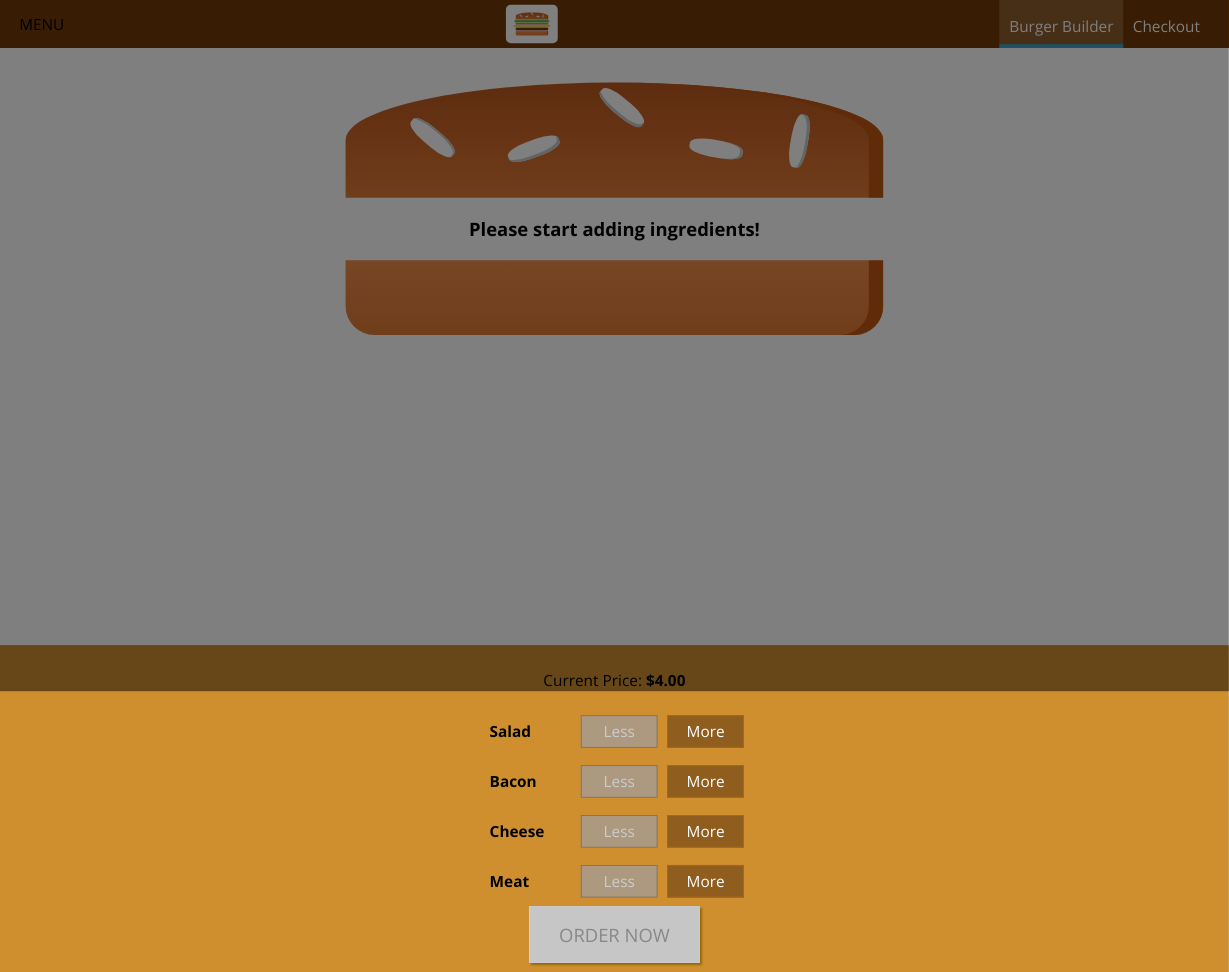
Repository: AbdulMutaal/Burger-Builder
Page: /
An editor plug-in stored every save of this project. The page is shown before and after the next save, followed by the edit.
The browser window is 1280 px wide. The pictures show the whole page, at 96% of full size.
The project was rebuilt for these pictures with package versions that can differ from the ones it lists, and the page was loaded fresh each time.

Above is the page before, as saved 2021-12-08 16:28:27.

### src/index.css
body {
  margin: 0;
  font-family: "Open Sans", sans-serif;
}

### src/App.js
import Layout from './components/Layout/Layout';
import BurgerBuilder from './containers/BurgerBuilder/BurgerBuilder';

function App() {
  return (
    <div>
      <Layout>
        <BurgerBuilder />
      </Layout>
    </div>
  );
}

export default App;

### src/components/Layout/Layout.js
import React, { Component } from 'react';

import Auxiliary from '../../hoc/Auxiliary';
import classes from './Layout.module.css';
import Toolbar from '../Navigation/Toolbar/Toolbar';
import SideDrawer from '../Navigation/SideDrawer/SideDrawer';

const layout = ( props ) => (
    <Auxiliary>
        <Toolbar />
        <SideDrawer />
        <main className={classes.Content}>
            {props.children}
        </main>
    </Auxiliary>
);

export default layout;

### src/containers/BurgerBuilder/BurgerBuilder.js
import React, { Component } from 'react';

import Auxiliary from '../../hoc/Auxiliary';
import Burger from '../../components/Burger/Burger';
import BuildControls from '../../components/Burger/BuildControls/BuildControls';
import Modal from '../../components/UI/Modal/Modal';
import OrderSummary from '../../components/Burger/OrderSummary/OrderSummary';

const INGREDIENT_PRICES = {
    salad: 0.5,
    cheese: 0.4,
    meat: 1.3,
    bacon: 0.7
};

class BurgerBuilder extends Component {
    state = {
        ingredients: {
            salad: 0,
            bacon: 0,
            cheese: 0,
            meat: 0
        },
        totalPrice: 4,
        purchasable: false,
        purchasing: false
    }

    updatePurchaseState (ingredients) {
        const sum = Object.keys(ingredients)
            .map(igKey => {
                return ingredients[igKey];
            })
            .reduce((sum, el) => {
                return sum + el;
            }, 0);
        this.setState({purchasable: sum > 0});
    }

    addIngredientHandler = (type) => {
        const oldCount = this.state.ingredients[type];
        const updatedCount = oldCount + 1;
        const updateIngredients = {
            ...this.state.ingredients
        };
        updateIngredients[type] = updatedCount;

        const priceAddition = INGREDIENT_PRICES[type];
        const oldPrice = this.state.totalPrice;
        const newPrice = oldPrice + priceAddition;
        this.setState({totalPrice: newPrice, ingredients: updateIngredients});
        this.updatePurchaseState(updateIngredients);
    }

    removeIngredientHandler = (type) => {
        const oldCount = this.state.ingredients[type];

        if (oldCount <= 0) {
            return;
        }

        const updatedCount = oldCount - 1;
        const updateIngredients = {
            ...this.state.ingredients
        };
        updateIngredients[type] = updatedCount;

        const priceDeduction = INGREDIENT_PRICES[type];
        const oldPrice = this.state.totalPrice;
        const newPrice = oldPrice - priceDeduction;
        this.setState({totalPrice: newPrice, ingredients: updateIngredients});
        this.updatePurchaseState(updateIngredients);
    }

    purchaseHandler = () => {
        this.setState({purchasing: true});
    }

    purchaseCancelHandler = () => {
        this.setState({purchasing: false});
    }

    purchaseContinueHandler = () => {
        alert('You continue');
    }

    render () {
        const disabledInfo = {
            ...this.state.ingredients
        };

        for (let key in disabledInfo) {
            disabledInfo[key] = disabledInfo[key] <= 0
        }

        return (
            <Auxiliary>
                <Modal show={this.state.purchasing} modalClosed={this.purchaseCancelHandler}>
                    <OrderSummary
                        ingredients={this.state.ingredients}
                        price={this.state.totalPrice}
                        purchaseCancelled={this.purchaseCancelHandler}
                        purchaseContinue={this.purchaseContinueHandler} />
                </Modal>
                <Burger ingredients={this.state.ingredients} />
                <BuildControls
                    ingredientAdded={this.addIngredientHandler}
                    ingredientRemoved={this.removeIngredientHandler}
                    disabled={disabledInfo}
                    ordered={this.purchaseHandler}
                    purchasable={this.state.purchasable}
                    price={this.state.totalPrice} />
            </Auxiliary>
        );
    }
}

export default BurgerBuilder;

### src/components/Navigation/Toolbar/Toolbar.js
import React from 'react';

import classes from './Toolbar.module.css';
import Logo from '../../Logo/Logo';
import NavigationItems from '../NavigationItems/NavigationItems';

const toolbar = (props) => (
    <header className={classes.Toolbar}>
        <div>MENU</div>
        <div className={classes.Logo}>
            <Logo />
        </div>
        <nav>
            <NavigationItems />
        </nav>
    </header>
);

export default toolbar;

### src/components/Navigation/SideDrawer/SideDrawer.js
import React from 'react';

import Logo from '../../Logo/Logo';
import NavigationItems from '../NavigationItems/NavigationItems';
import classes from './SideDrawer.module.css';
import Backdrop from '../../UI/Backdrop/Backdrop';
import Auxiliary from '../../../hoc/Auxiliary';

const sideDrawer = (props) => {
    return (
        <Auxiliary>
            <Backdrop show />
            <div className={classes.SideDrawer}>
                <div className={classes.Logo}>
                    <Logo />
                </div>
                <nav>
                    <NavigationItems />
                </nav>
            </div>
        </Auxiliary>
    );
}

export default sideDrawer;

### src/components/Burger/Burger.js
import React from 'react';

import classes from './Burger.module.css';
import BurgerIngredient from './BurgerIngredient/BurgerIngredient';

const burger = (props) => {
    let transformedIngredients = Object.keys(props.ingredients)
        .map(igKey => {
            return [...Array(props.ingredients[igKey])].map((_, i) => {
                return <BurgerIngredient key={igKey + i} type={igKey} />;
            });
        })
        .reduce((arr, el) => {
            return arr.concat(el)
        }, []);
    console.log(transformedIngredients);

    if (transformedIngredients.length === 0) {
        transformedIngredients = <p>Please start adding ingredients!</p>;
    }

    return (
        <div className={classes.Burger}>
            <BurgerIngredient type="bread-top" />
                { transformedIngredients }
            <BurgerIngredient type="bread-bottom" />
        </div>
    );
};

export default burger;

### src/components/Burger/BuildControls/BuildControls.js
import React from 'react';

import classes from './BuildControls.module.css';
import BuildControl from './BuildControl/BuildControl';

const controls = [
    { label: 'Salad', type: 'salad'},
    { label: 'Bacon', type: 'bacon'},
    { label: 'Cheese', type: 'cheese'},
    { label: 'Meat', type: 'meat'}
];

const buildControls = (props) => (
    <div className={classes.BuildControls}>
        <p>Current Price: <strong>${props.price.toFixed(2)}</strong></p>
        {controls.map(ctrl => (
            <BuildControl
                key={ctrl.label}
                label={ctrl.label}
                added={() => props.ingredientAdded(ctrl.type)}
                removed={() => props.ingredientRemoved(ctrl.type)}
                disabled={props.disabled[ctrl.type]} />
        ))}
        <button
            className={classes.OrderButton}
                disabled={!props.purchasable}
                onClick={props.ordered}>ORDER NOW</button>
    </div>
);

export default buildControls;

### src/components/UI/Modal/Modal.js
import React from 'react';

import classes from './Modal.module.css';
import Auxiliary from '../../../hoc/Auxiliary';
import Backdrop from '../Backdrop/Backdrop';

const modal = (props) => (
    <Auxiliary>
        <Backdrop show={props.show} clicked={props.modalClosed} />
        <div
            className={classes.Modal}
            style={{
                transform: props.show ? 'translateY(0)' : 'translateY(-100vh)',
                opacity: props.show ? '1' : '0'
            }}>
            {props.children}
        </div>
    </Auxiliary>
);

export default modal;

### src/components/Burger/OrderSummary/OrderSummary.js
import React from 'react';

import Auxiliary from '../../../hoc/Auxiliary';
import Button from '../../UI/Button/Button';

const orderSummary = (props) => {
    const ingredientSummary = Object.keys(props.ingredients).map((igKey) => {
        return (
            <li key={igKey}>
                <span style={{textTransform: 'capitalize'}}>{igKey}</span>: {props.ingredients[igKey]}
            </li>);

        });
    return (
        <Auxiliary>
            <h3>Your Order</h3>
            <p>A delicious burger with the following ingredients:</p>
            <ul>
                {ingredientSummary}
            </ul>
            <p><strong>Total Price: ${props.price.toFixed(2)}</strong></p>
            <p>Continue to checkout</p>
            <Button btnType="Danger" clicked={props.purchaseCancelled}>CANCEL</Button>
            <Button btnType="Success" clicked={props.purchaseContinue}>CONTINUE</Button>
        </Auxiliary>
    );
};

export default orderSummary;

### src/components/Navigation/Toolbar/Toolbar.module.css
.Toolbar {
    height: 50px;
    width: 100%;
    position: fixed;
    top: 0;
    left: 0;
    background-color: #703b09;
    display: flex;
    justify-content: space-between;
    align-items: center;
    padding: 0 20px;
    box-sizing: border-box;
    z-index: 90;
}

.Toolbar nav {
    height: 100%;
}

.Logo {
    height: 80%;
}

@media (max-width: 499px) {
    .DesktopOnly {
        display: none;
    }
}

### src/components/Logo/Logo.js
import React from 'react';

import burgerLogo from '../../assets/images/burger-logo.png';
import classes from './Logo.module.css';

const logo = (props) => (
    <div className={classes.Logo} style={{height: props.height}}>
        <img src={burgerLogo} alt="MyBurger" />
    </div>
);

export default logo;

### src/components/Navigation/NavigationItems/NavigationItems.js
import React from 'react';

import classes from './NavigationItems.module.css';
import NavigationItem from './NavigationItem/NavigationItem';

const navigationItems = () => (
    <ul className={classes.NavigationItems}>
        <NavigationItem link="/" active>Burger Builder</NavigationItem>
        <NavigationItem link="/">Checkout</NavigationItem>
    </ul>
);

export default navigationItems;

### src/components/Navigation/SideDrawer/SideDrawer.module.css
.SideDrawer {
    position: fixed;
    width: 280px;
    max-width: 70%;
    height: 100%;
    left: 0;
    top: 0;
    z-index: 200;
    background-color: white;
    padding: 32px 16px;
    box-sizing: border-box;
    transition: transform 0.3s ease-out;
}

@media (min-width: 500px) {
    .SideDrawer {
        display: none;
    }
}

.Open {
    transform: translateX(0);
}

.Close {
    transform: translatex(-100%);
}

.Logo {
    height: 11%;
    margin-bottom: 32px;
}

### src/components/UI/Backdrop/Backdrop.js
import React from 'react';

import classes from './Backdrop.module.css';

const backdrop = (props) => (
    props.show ? <div className={classes.Backdrop} onClick={props.clicked}></div>: null
);

export default backdrop;

### src/components/Burger/BurgerIngredient/BurgerIngredient.js
import React from 'react';
import PropTypes from 'prop-types';

import classes from './BurgerIngredient.module.css';

const burgerIngredient = (props) => {
    let ingredient = null;

    switch (props.type) {
        case ('bread-bottom'):
            ingredient = <div className={classes.BreadBottom}></div>;
            break;
        case ('bread-top'):
            ingredient = (
                <div className={classes.BreadTop}>
                    <div className={classes.Seeds1}></div>
                    <div className={classes.Seeds2}></div>
                </div>
            );
            break;
        case ('meat'):
            ingredient = <div className={classes.Meat}></div>;
            break;
        case ('cheese'):
            ingredient = <div className={classes.Cheese}></div>;
            break;
        case ('bacon'):
            ingredient = <div className={classes.Bacon}></div>;
            break;
        case ('salad'):
            ingredient = <div className={classes.Salad}></div>;
            break;
        default:
            ingredient = null;
    }

    return ingredient;
};

burgerIngredient.propTypes = {
    type: PropTypes.string.isRequired
};

export default burgerIngredient;

### src/components/Burger/BuildControls/BuildControls.module.css
.BuildControls {
    width: 100%;
    background-color: #cf8f2e;
    display: flex;
    flex-flow: column;
    align-items: center;
    box-shadow: 0 2px 1px #ccc;
    margin: auto;
    padding: 10px 0;
}


.OrderButton {
    background-color: #DAD735;
    outline: none;
    cursor: pointer;
    border: 1px solid #966909;
    color: #966909;
    font-family: inherit;
    font-size: 1.2em;
    padding: 15px 30px;
    box-shadow: 2px 2px 2px #966909;
}

.OrderButton:hover, .OrderButton:active {
    background-color: #A0DB41;
    border: 1px solid #966909;
    color: #966909;
}

.OrderButton:disabled {
    background-color: #C7C6C6;
    cursor: not-allowed;
    border: 1px solid #ccc;
    color: #888888;
}

.OrderButton:not(:disabled) {
    animation: enable 0.3s linear;
}

@keyframes enable {
    0% {
        transform: scale(1);
    }
    60% {
        transform: scale(1.1);
    }
    100% {
        transform: scale(1);
    }
}

### src/components/Burger/BuildControls/BuildControl/BuildControl.js
import React from 'react';

import classes from './BuildControl.module.css';

const buildControl = (props) =>  (
    <div className={classes.BuildControl}>
        <div className={classes.Label}>{props.label}</div>
        <button className={classes.Less} onClick={props.removed} disabled={props.disabled}>Less</button>
        <button className={classes.More} onClick={props.added}>More</button>
    </div>
)

export default buildControl;

### src/components/UI/Button/Button.js
import React from 'react';

import classes from './Button.module.css';

const button = (props) => (
    <button
        className={[classes.Button, classes[props.btnType]].join(' ')}
        onClick={props.clicked}>{props.children}</button>
);

export default button;

### src/components/Navigation/NavigationItems/NavigationItem/NavigationItem.js
import React from 'react';

import classes from './NavigationItem.module.css';

const navigationItem = (props) => (
    <li className={classes.NavigationItem}>
        <a
            href={props.link}
            className={props.active ? classes.active : null}>{props.children}</a>
    </li>
);

export default navigationItem;

### src/components/Burger/BurgerIngredient/BurgerIngredient.module.css
.BreadBottom {
    height: 13%;
    width: 80%;
    background: linear-gradient(#F08E4A, #e27b36);
    border-radius: 0 0 30px 30px;
    box-shadow: inset -15px 0 #c15711;
    margin: 2% auto;
}

.BreadTop {
    height: 20%;
    width: 80%;
    background: linear-gradient(#bc581e, #e27b36);
    border-radius: 50% 50% 0 0;
    box-shadow: inset -15px 0 #c15711;
    margin: 2% auto;
    position: relative;
}

.Seeds1 {
    width: 10%;
    height: 15%;
    position: absolute;
    background-color: white;
    left: 30%;
    top: 50%;
    border-radius: 40%;
    transform: rotate(-20deg);
    box-shadow: inset -2px -3px #c9c9c9;
}

.Seeds1:after {
    content: "";
    width: 100%;
    height: 100%;
    position: absolute;
    background-color: white;
    left: -170%;
    top: -260%;
    border-radius: 40%;
    transform: rotate(60deg);
    box-shadow: inset -1px 2px #c9c9c9;
  }

.Seeds1:before {
    content: "";
    width: 100%;
    height: 100%;
    position: absolute;
    background-color: white;
    left: 180%;
    top: -50%;
    border-radius: 40%;
    transform: rotate(60deg);
    box-shadow: inset -1px -3px #c9c9c9;
  }

  .Seeds2 {
    width: 10%;
    height: 15%;
    position: absolute;
    background-color: white;
    left: 64%;
    top: 50%;
    border-radius: 40%;
    transform: rotate(10deg);
    box-shadow: inset -3px 0 #c9c9c9;
  }

  .Seeds2:before {
    content: "";
    width: 100%;
    height: 100%;
    position: absolute;
    background-color: white;
    left: 150%;
    top: -130%;
    border-radius: 40%;
    transform: rotate(90deg);
    box-shadow: inset 1px 3px #c9c9c9;
  }


.Meat {
    width: 80%;
    height: 8%;
    background: linear-gradient(#7f3608, #702e05);
    margin: 2% auto;
    border-radius: 15px;
}

.Cheese {
    width: 90%;
    height: 4.5%;
    margin: 2% auto;
    background: linear-gradient(#f4d004, #d6bb22);
    border-radius: 20px;
}

.Salad {
    width: 85%;
    height: 7%;
    margin: 2% auto;
    background: linear-gradient(#228c1d, #91ce50);
    border-radius: 20px;
}

.Bacon {
    width: 80%;
    height: 3%;
    background: linear-gradient(#bf3813, #c45e38);
    margin: 2% auto;
}

### src/components/Burger/BuildControls/BuildControl/BuildControl.module.css
.BuildControl {
    display: flex;
    justify-content: space-between;
    align-items: center;
    margin: 5px 0;
}

.BuildControl button {
    display: block;
    font: inherit;
    padding: 5px;
    margin: 0 5px;
    width: 80px;
    border: 1px solid #AA6817;
    cursor: pointer;
    outline: none;
}

.BuildControl button:disabled {
    background-color: #AC9980;
    border: 1px solid #7E7365;
    color: #ccc;
    cursor: default;
}

.BuildControl button:hover:disabled {
    background-color: #AC9980;
    color: #ccc;
    cursor: not-allowed;
}

.Label {
    padding: 10px;
    font-weight: bold;
    width: 80px;
}

.BuildControl .Less {
    background-color: #D39952;
    color: white;
}

.BuildControl .More {
    background-color: #8F5E1E;
    color: white;
}

.BuildControl .Less:hover, .BuildControl .Less:active {
    background-color: #DAA972;
    color: white;
}

.BuildControl .More:hover,.BuildControl .More:active {
    background-color: #99703F;
    color: white;
}

### src/components/Navigation/NavigationItems/NavigationItem/NavigationItem.module.css
.NavigationItem {
    margin: 10px 0;
    box-sizing: border-box;
    display: block;
    width: 100%;
}

.NavigationItem a {
    color: #8f5c2c;
    text-decoration: none;
    width: 100%;
    box-sizing: border-box;
    display: block;
}

.NavigationItem a:hover,
.NavigationItem a:active,
.NavigationItem a.active {
    color: #40a4c8;
}

@media (min-width: 500px) {
    .NavigationItem {
        margin: 0;
        display: flex;
        height: 100%;
        width: auto;
        align-items: center;
    }

    .NavigationItem a {
        color: white;
        height: 100%;
        padding: 16px 10px;
        border-bottom: 4px solid transparent;
    }

    .NavigationItem a:hover,
    .NavigationItem a:active,
    .NavigationItem a.active {
        background-color: #8f5c2c;
        border-bottom: 4px solid #40a4c8;
        color: white;
    }
}

Loaded but not shown: public/index.html (common file); src/index.js (common file); src/reportWebVitals.js (common file); src/hoc/Auxiliary.js (common file); src/components/Layout/Layout.module.css (common file); src/components/Burger/Burger.module.css (common file); src/components/UI/Modal/Modal.module.css (common file); src/components/Logo/Logo.module.css (common file); src/components/Navigation/NavigationItems/NavigationItems.module.css (common file); src/components/UI/Backdrop/Backdrop.module.css (common file); src/components/UI/Button/Button.module.css (common file)

After the next save:
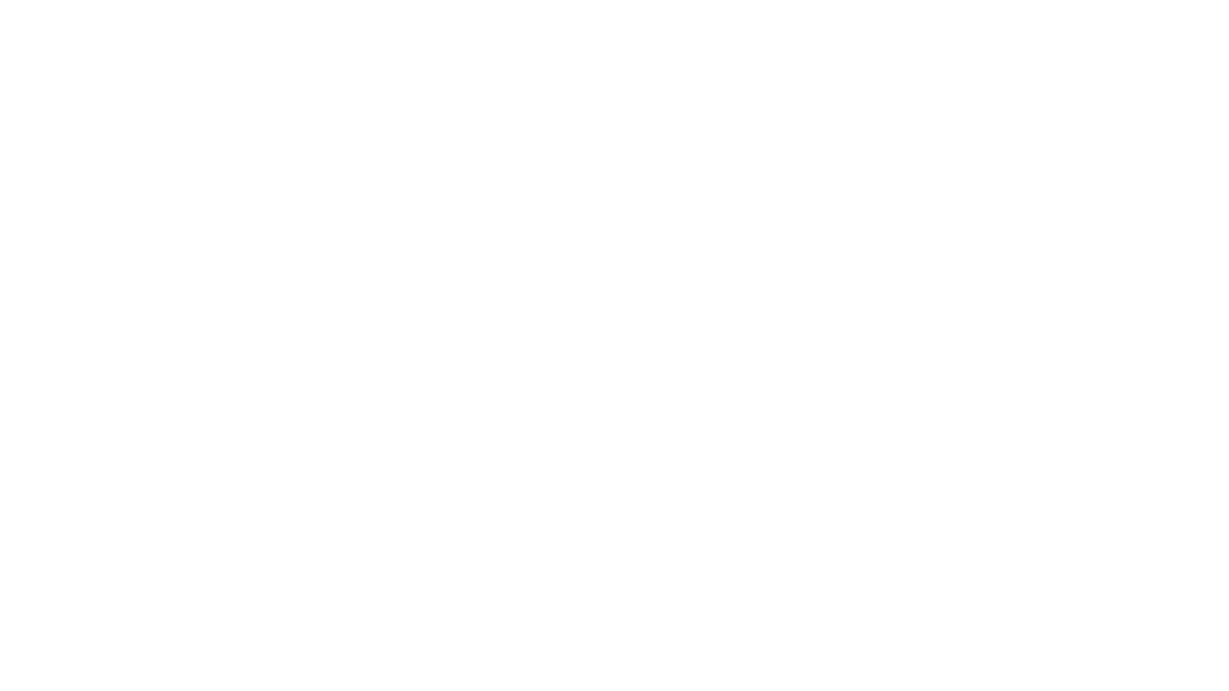
Console error: ReferenceError: layout is not defined
Saved 90 s later.
--- a/src/components/Layout/Layout.js
+++ b/src/components/Layout/Layout.js
@@ -5,14 +5,19 @@
 import Toolbar from '../Navigation/Toolbar/Toolbar';
 import SideDrawer from '../Navigation/SideDrawer/SideDrawer';
 
-const layout = ( props ) => (
-    <Auxiliary>
-        <Toolbar />
-        <SideDrawer />
-        <main className={classes.Content}>
-            {props.children}
-        </main>
-    </Auxiliary>
-);
+class Layout extends Component {
+    render () {
+        return (
+            <Auxiliary>
+                <Toolbar />
+                <SideDrawer />
+                <main className={classes.Content}>
+                    {props.children}
+                </main>
+            </Auxiliary>
+        );
+    }
+}
+
 
 export default layout;

After the 2 saves that followed:
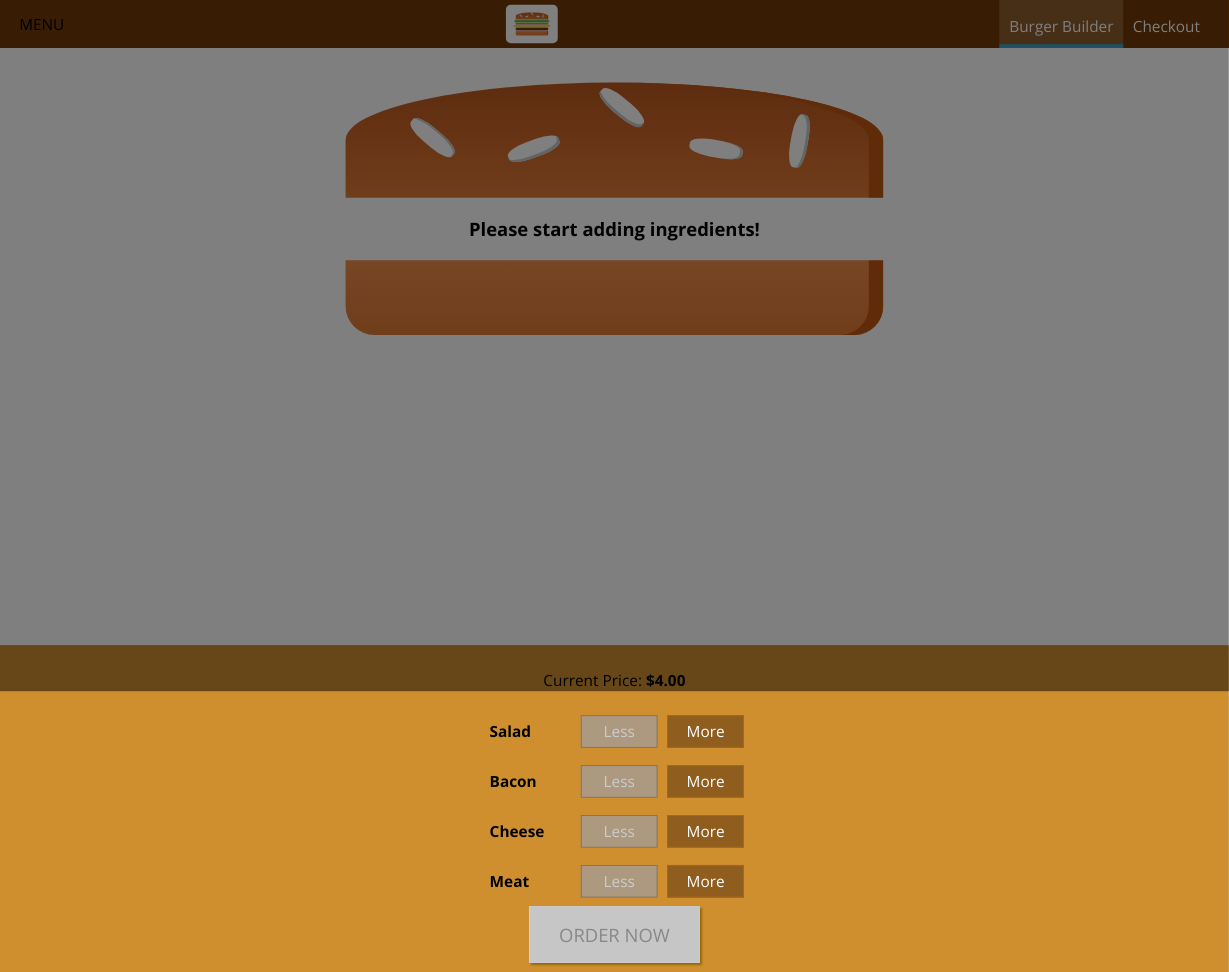
The error is gone.
The 2 saves are shown as one change because 1 left the picture as it was.
The last was saved 12 s later.
--- a/src/components/Layout/Layout.js
+++ b/src/components/Layout/Layout.js
@@ -12,7 +12,7 @@
                 <Toolbar />
                 <SideDrawer />
                 <main className={classes.Content}>
-                    {props.children}
+                    {this.props.children}
                 </main>
             </Auxiliary>
         );
@@ -20,4 +20,4 @@
 }
 
 
-export default layout;
+export default Layout;
